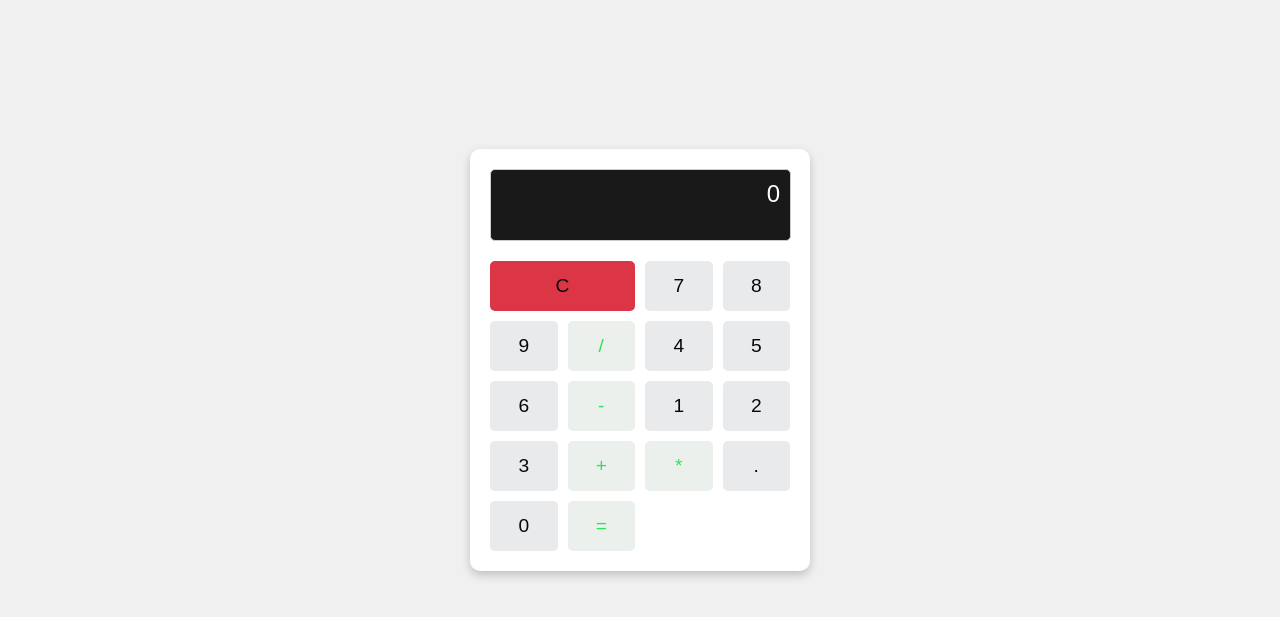
Repository: alizey12/calculator
Page: index.html
The author's editor kept a copy of each file at every save. The page is drawn from the files as they stood at one save, then again after the next save.
The browser window is 1280 px wide. The pictures show the whole page.

Above is the page before, as saved 2024-11-23 20:36:32.

After the next save:
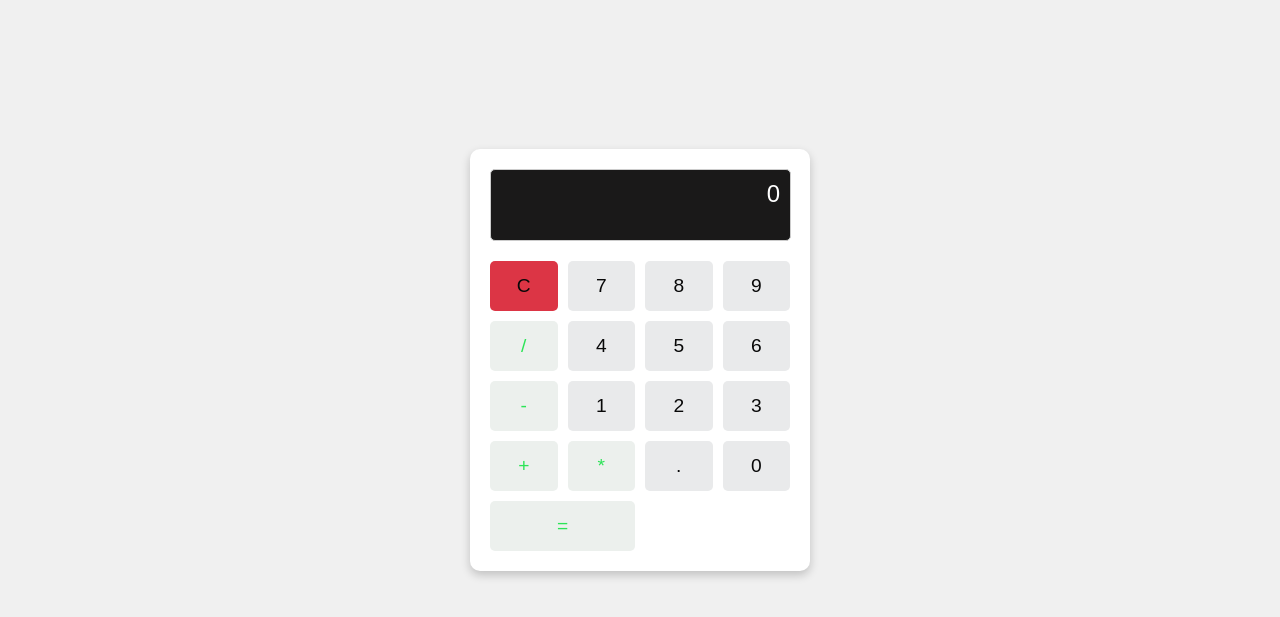
Saved 16 s later.
--- a/styles.css
+++ b/styles.css
@@ -63,7 +63,7 @@ body{
 .btn#clear {
     background: #dc3545;
 }
-.btn#clear {
+.btn#equals {
     grid-column: span 2;
 }
 .btn#clear:hover {
